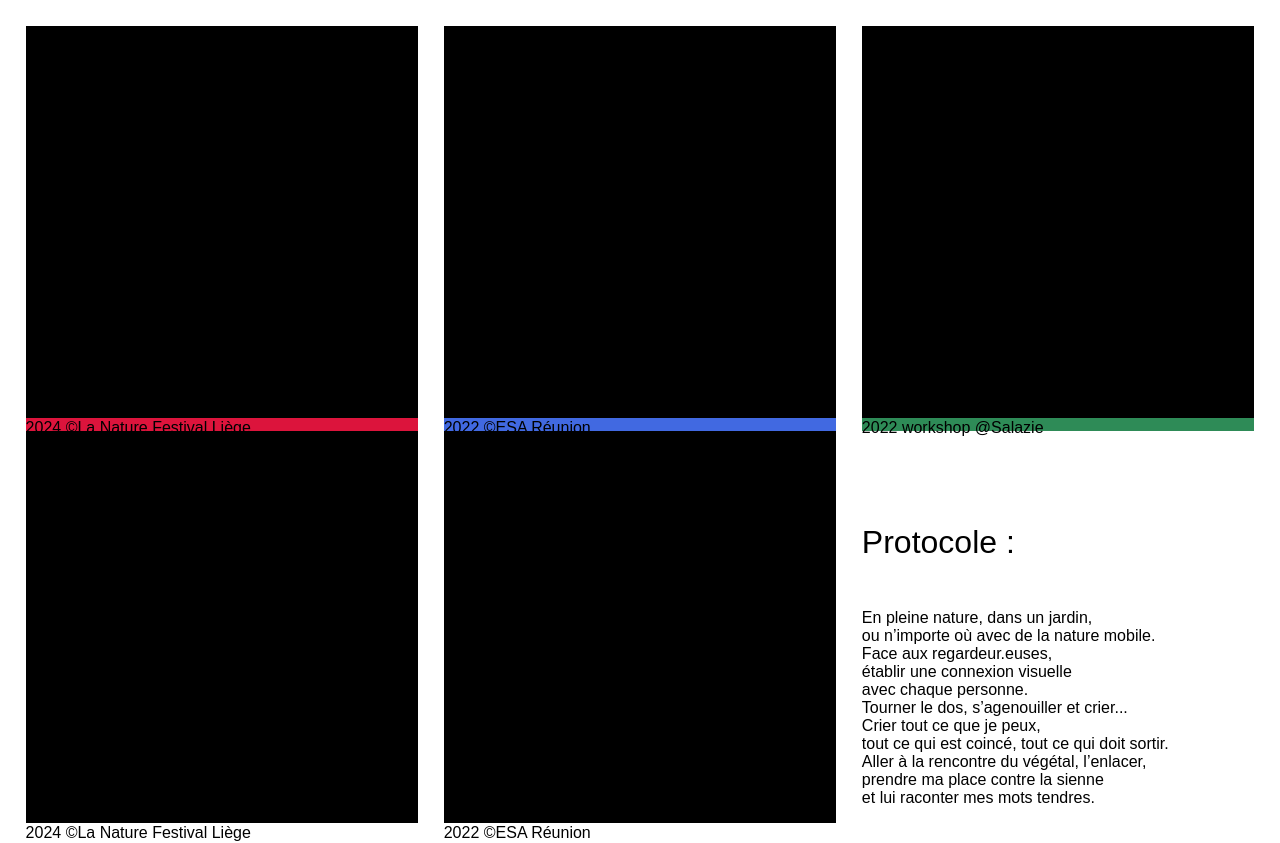
Repository: brunrhb/oce-p
Page: index.html
These files come from the project's save history. The page is drawn as it stood at one moment and after the next save; the edit follows.
The browser window is 1280 px wide. The pictures show the whole page.

Above is the page before, as saved 2025-06-04 17:10:42.

### index.html
<!DOCTYPE html>
<html lang="fr">
<head>
  <meta charset="UTF-8">
  <meta name="viewport" content="width=device-width, initial-scale=1.0">
  <title>Grid 3 colonnes avec placeholders</title>
  <link rel="stylesheet" href="styles.css">
  <script defer src="content.js"></script>
</head>
<body>

  <div class="grid-p1s1">

<div class="col-p1s1-1">
  <div class="media-block">
    <div class="placeholder-p1s1"></div>
    <p class="credit" data-content="p1s1-credit1"></p>
  </div>

  <div class="media-block">
    <div class="placeholder-p1s1"></div>
    <p class="credit" data-content="p1s1-credit2"></p>
  </div>
</div>

    <div class="col-p1s1-2">
      <div class="media-block">
        <div class="placeholder-p1s1"></div>
        <p class="credit" data-content="p1s1-credit3"></p>
      </div>
      <div class="media-block">
        <div class="placeholder-p1s1"></div>
        <p class="credit" data-content="p1s1-credit4"></p>
      </div>
    </div>

    <div class="col-p1s1-3">
      <div class="media-block">
        <div class="placeholder-p1s1"></div>
        <p class="credit" data-content="p1s1-credit5"></p>
      </div>
     <div class="text-block-p1s1">
       <p class="protocole-titre" data-content="p1s1-protocole-titre"></p>
       <p class="protocole-corps" data-content="p1s1-protocole-corps"></p>
    </div>

  </div>

</body>
</html>

### styles.css
body {
  margin: 0;
  font-family: sans-serif;
}

.grid-p1s1 {
  display: grid;
  grid-template-columns: 1fr 1fr 1fr;
  height: calc(100vh - 4vw);
  padding: 2vw;
  column-gap: 2vw;
}




.col-p1s1-1 {
  display: flex;
  flex-direction: column;
  justify-content: flex-start;
  gap: 1vw;


  background-color: crimson;
}

.col-p1s1-2 {
  display: flex;
  flex-direction: column;
  justify-content: flex-start;
  gap: 1vw;

  background-color: royalblue;
}

.col-p1s1-3 {
  display: flex;
  flex-direction: column;
  justify-content: flex-start;
  gap: 1vw;

  background-color: seagreen;
}




.media-block {
  display: block;
  width: 100%;
}

.placeholder-p1s1 {
  aspect-ratio: 1 / 1;
  width: 100%;
  background-color: black;
}

.credit {
  position: absolute;
  font-size: 1rem;
  line-height: 1.2;
  margin: 0;

}

.text-block-p1s1 {
  width: 100%;
  aspect-ratio: 1 / 1;
  background-color: white;
  display: flex;
  flex-direction: column;
  justify-content: flex-end;

}

.protocole-titre {
  font-size: 2rem;
}

.protocole-corps {
  font-size: 1,5rem;
}

### content.js
const content = {};

// #region p1s1
content["p1s1-credit1"] = "2024 ©La Nature Festival Liège";
content["p1s1-credit2"] = "2024 ©La Nature Festival Liège";
content["p1s1-credit3"] = "2022 ©ESA Réunion";
content["p1s1-credit4"] = "2022 ©ESA Réunion";
content["p1s1-credit5"] = "2022 workshop @Salazie";

content["p1s1-protocole-titre"] = "Protocole :";
content["p1s1-protocole-corps"] = `
  En pleine nature, dans un jardin,<br>
  ou n’importe où avec de la nature mobile.<br>
  Face aux regardeur.euses,<br>
  établir une connexion visuelle<br>
  avec chaque personne.<br>
  Tourner le dos, s’agenouiller et crier...<br>
  Crier tout ce que je peux,<br>
  tout ce qui est coincé, tout ce qui doit sortir.<br>
  Aller à la rencontre du végétal, l’enlacer,<br>
  prendre ma place contre la sienne<br>
  et lui raconter mes mots tendres.
`;
// #endregion

// #region injection
window.addEventListener("DOMContentLoaded", () => {
  Object.entries(content).forEach(([key, value]) => {
    const el = document.querySelector(`[data-content="${key}"]`);
    if (el) el.innerHTML = value;
  });
});
// #endregion

After the next save:
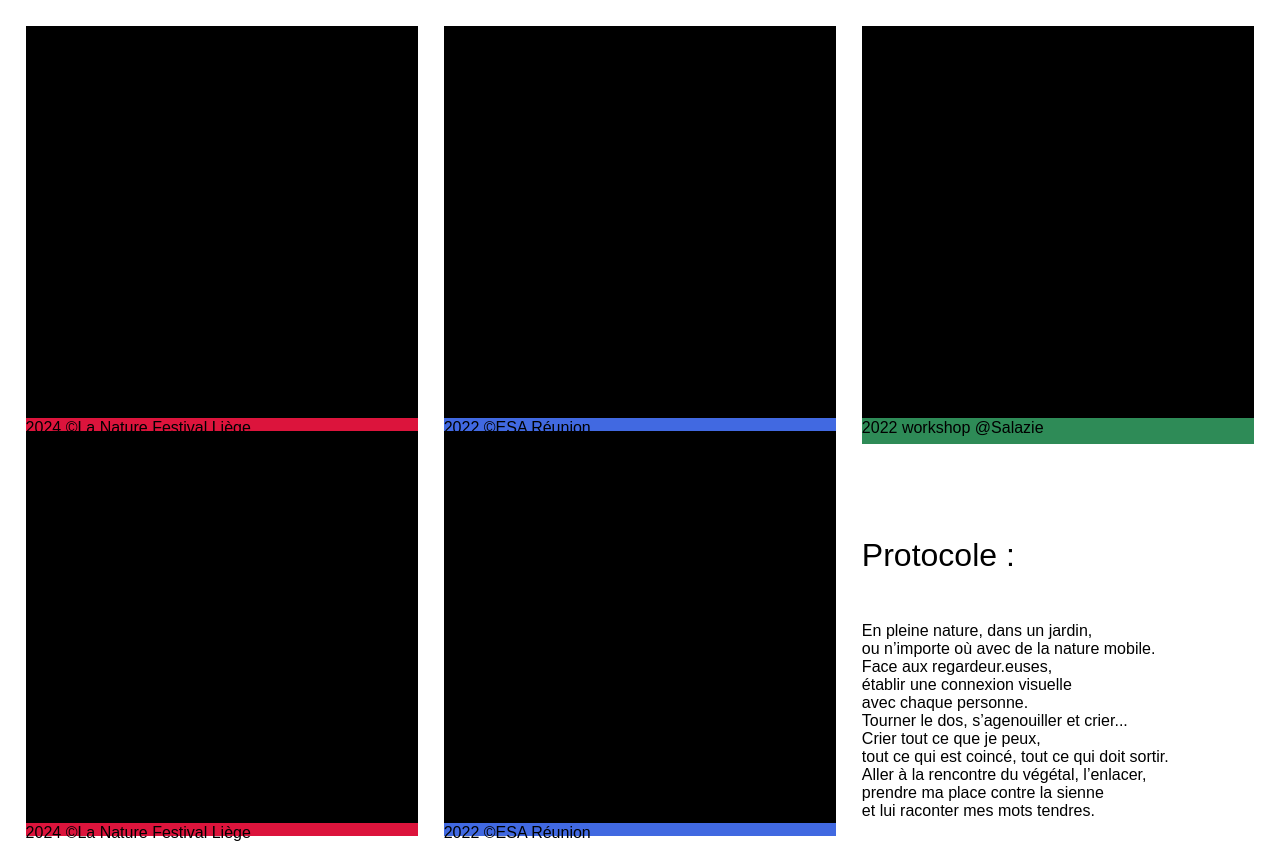
Saved 10 s later.
--- a/styles.css
+++ b/styles.css
@@ -37,7 +37,7 @@ body {
   display: flex;
   flex-direction: column;
   justify-content: flex-start;
-  gap: 1vw;
+  gap: 2vw;
 
   background-color: seagreen;
 }
